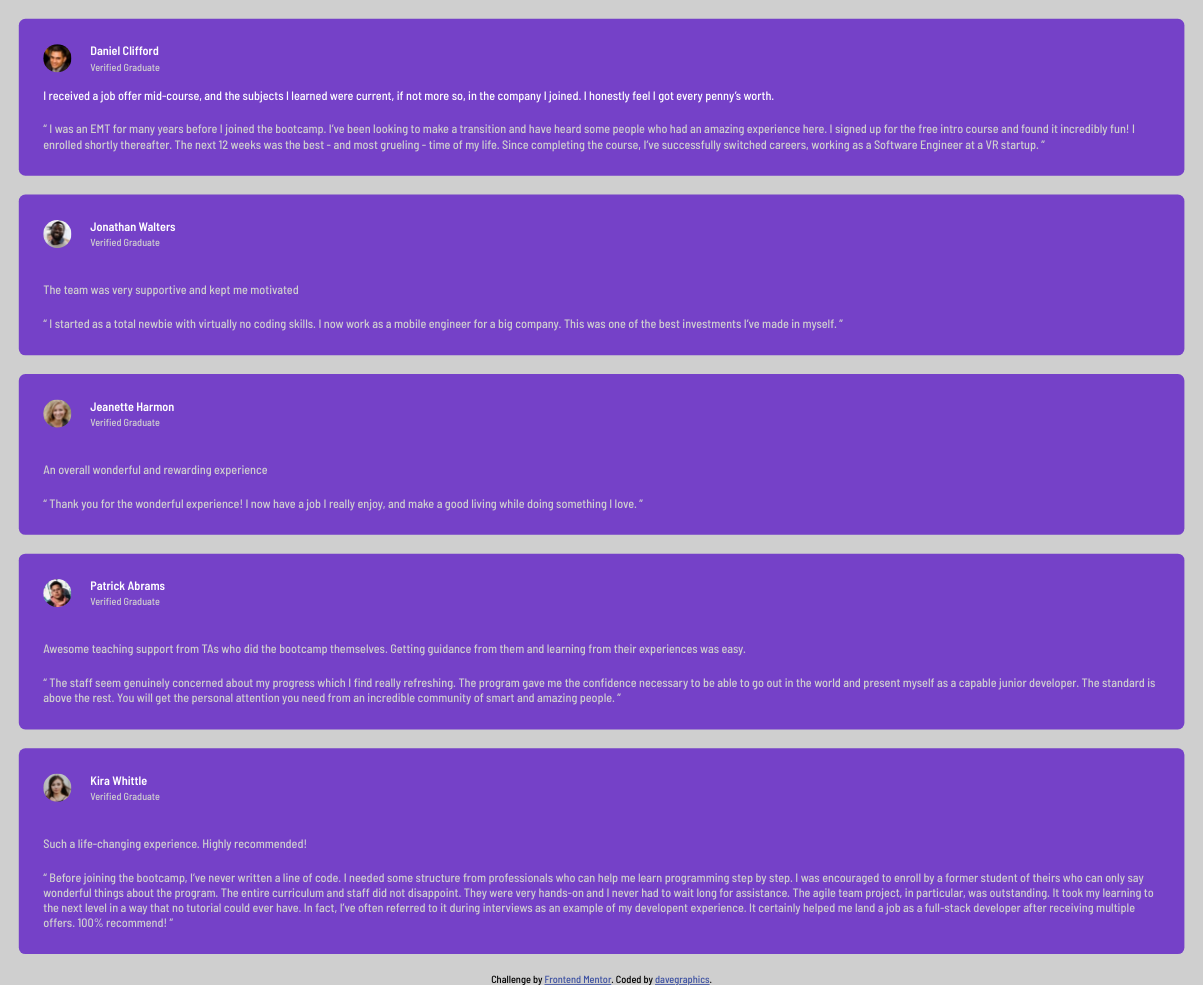
Repository: DejV44/testimonials_grid_section_main
Page: index.html
These files come from the project's save history. The page is drawn as it stood at one moment and after the next save; the edit follows.
The browser window is 1280 px wide. The pictures show the whole page, at 94% of full size.
The style sheet was rebuilt from its Sass, Less or Tailwind sources for each picture, by a compiler version that may differ from the author's.

Above is the page before, as saved 2021-07-14 20:22:34.

After the next save:
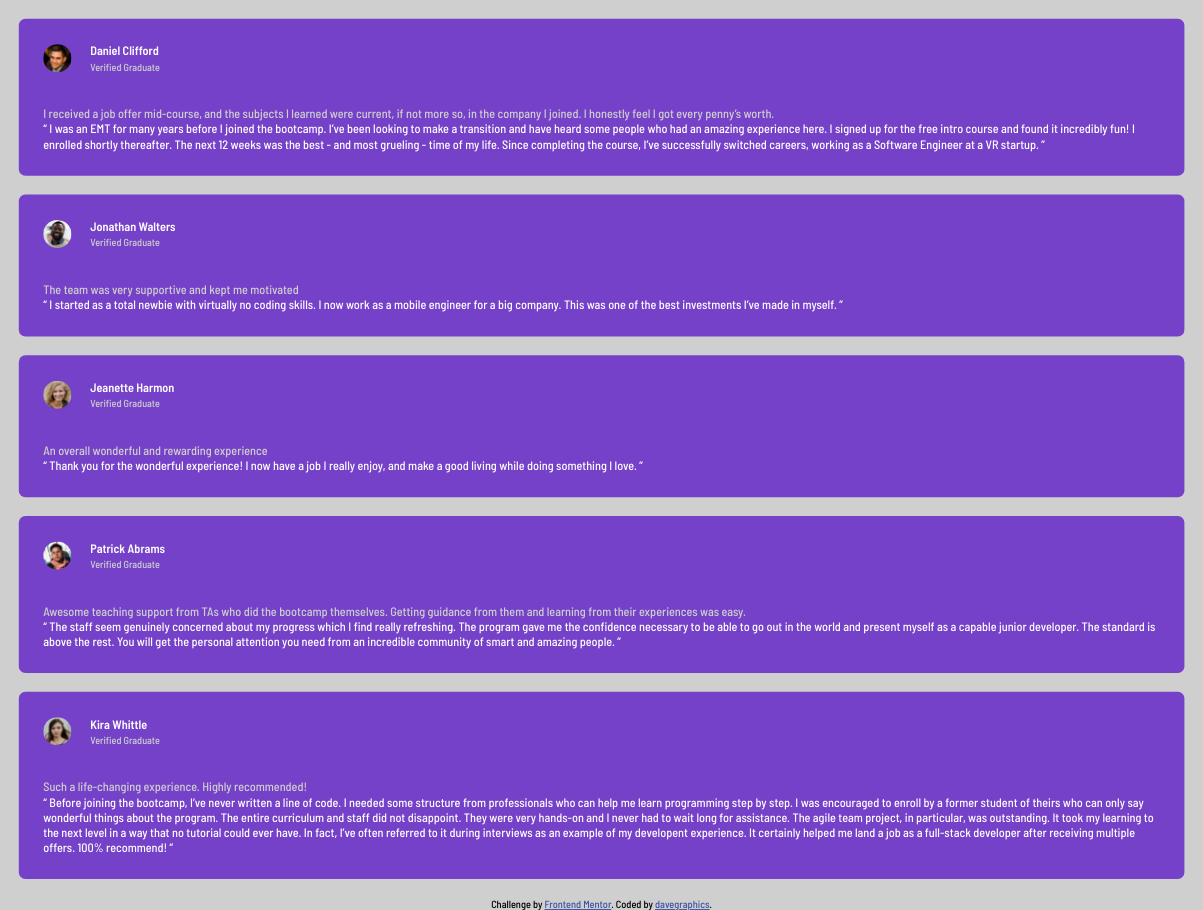
Saved 116 s later.
--- a/index.html
+++ b/index.html
@@ -19,13 +19,13 @@
           <small>Verified Graduate</small>
         </div>
       </div>
-      <quotte>I received a job offer mid-course, and the subjects I learned were current, if not more so,
-        in the company I joined. I honestly feel I got every penny’s worth.</quotte>
-      <p>“ I was an EMT for many years before I joined the bootcamp. I’ve been looking to make a
+      <p>I received a job offer mid-course, and the subjects I learned were current, if not more so,
+        in the company I joined. I honestly feel I got every penny’s worth.</p>
+      <quotte>“ I was an EMT for many years before I joined the bootcamp. I’ve been looking to make a
         transition and have heard some people who had an amazing experience here. I signed up
         for the free intro course and found it incredibly fun! I enrolled shortly thereafter.
         The next 12 weeks was the best - and most grueling - time of my life. Since completing
-        the course, I’ve successfully switched careers, working as a Software Engineer at a VR startup. ”</p>
+        the course, I’ve successfully switched careers, working as a Software Engineer at a VR startup. ”</quotte>
     </div>
     <div class="cards">
       <div class="image">
@@ -36,8 +36,8 @@
         </div>
       </div>
       <p>The team was very supportive and kept me motivated</p>
-      <p>“ I started as a total newbie with virtually no coding skills. I now work as a mobile engineer
-        for a big company. This was one of the best investments I’ve made in myself. ”</p>
+      <quotte>“ I started as a total newbie with virtually no coding skills. I now work as a mobile engineer
+        for a big company. This was one of the best investments I’ve made in myself. ”</quotte>
     </div>
     <div class="cards">
       <div class="image">
@@ -48,8 +48,8 @@
         </div>
       </div>
       <p>An overall wonderful and rewarding experience</p>
-      <p>“ Thank you for the wonderful experience! I now have a job I really enjoy, and make a good living
-        while doing something I love. ”</p>
+      <quotte>“ Thank you for the wonderful experience! I now have a job I really enjoy, and make a good living
+        while doing something I love. ”</quotte>
     </div>
     <div class="cards">
       <div class="image">
@@ -61,10 +61,10 @@
       </div>
       <p>Awesome teaching support from TAs who did the bootcamp themselves. Getting guidance from them and
         learning from their experiences was easy.</p>
-      <p>“ The staff seem genuinely concerned about my progress which I find really refreshing. The program
+      <quotte>“ The staff seem genuinely concerned about my progress which I find really refreshing. The program
         gave me the confidence necessary to be able to go out in the world and present myself as a capable
         junior developer. The standard is above the rest. You will get the personal attention you need from
-        an incredible community of smart and amazing people. ”</p>
+        an incredible community of smart and amazing people. ”</quotte>
     </div>
     <div class="cards">
       <div class="image">
@@ -75,14 +75,14 @@
         </div>
       </div>
       <p>Such a life-changing experience. Highly recommended!</p>
-      <p>“ Before joining the bootcamp, I’ve never written a line of code. I needed some structure from
+      <quotte>“ Before joining the bootcamp, I’ve never written a line of code. I needed some structure from
         professionals who can help me learn programming step by step. I was encouraged to enroll by a former
         student of theirs who can only say wonderful things about the program. The entire curriculum and staff
         did not disappoint. They were very hands-on and I never had to wait long for assistance. The agile team
         project, in particular, was outstanding. It took my learning to the next level in a way that no tutorial
         could ever have. In fact, I’ve often referred to it during interviews as an example of my developent
         experience. It certainly helped me land a job as a full-stack developer after receiving multiple offers.
-        100% recommend! ”</p>
+        100% recommend! ”</quotte>
     </div>
   </div>
   <div class="attribution">
